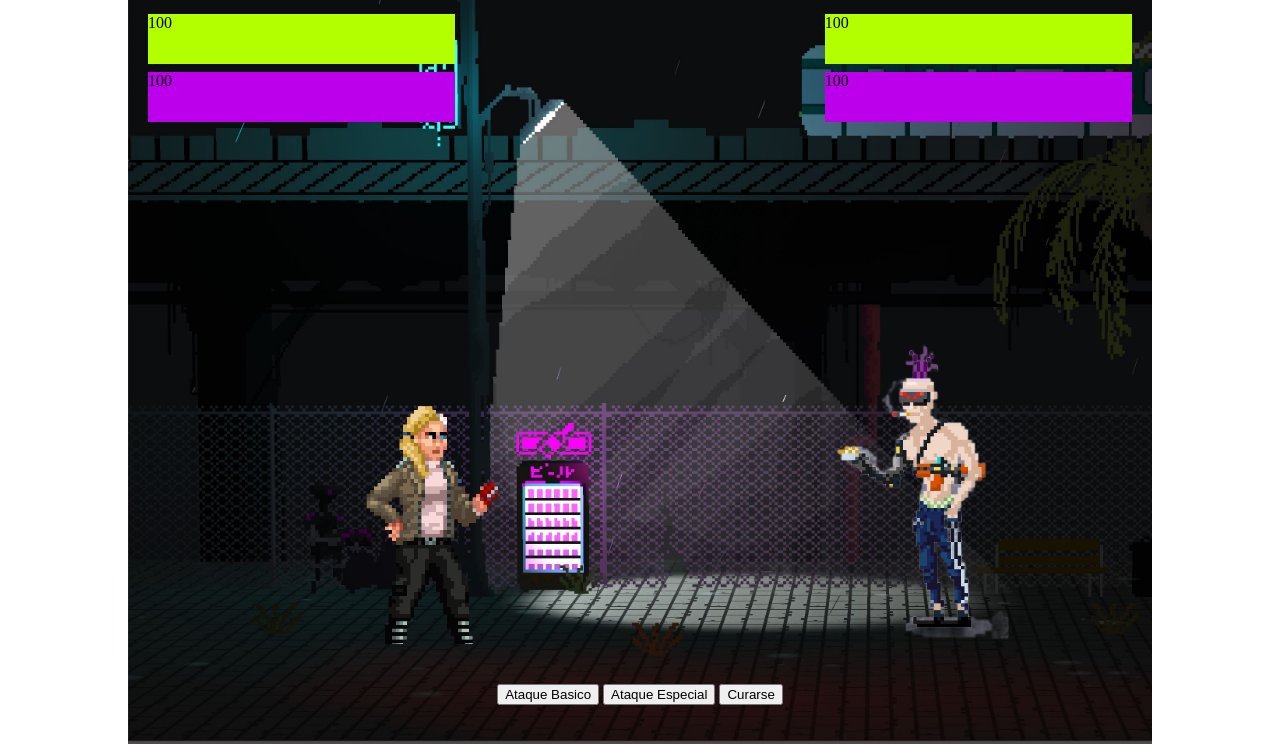
Repository: NovaDuel/novaduel-game
Page: index.html
These files come from the project's save history. The page is drawn as it stood at one moment and after a run of saves; the edit follows.
The browser window is 1280 px wide. The pictures show the whole page.

Above is the page before, as saved 2024-03-25 16:16:45.

### index.html
<!DOCTYPE html>
<html lang="en">
<head>
    <meta charset="UTF-8">
    <meta name="viewport" content="width=device-width, initial-scale=1.0">
    <link rel="stylesheet" href="style.css">
    <script src="main.js" defer></script>
    <title>NovaDuel</title>
</head>
<body>
    <div id="main-container">
        <div id="status">
            <div class="bars-wrapper">
                <div id="health-player" class="health"></div>
                <div id="stamina-player" class="stamina"></div>
            </div>
            <div class="bars-wrapper">
                <div id="health-enemy" class="health"></div>
                <div id="stamina-enemy" class="stamina"></div>
            </div>
        </div>
        <div id="characters">
            <div id="player" class="pj"></div>
            <div id="enemy" class="pj"></div>
        </div>
        <div id="actions">
            <div id="buttons">
                <button id="basic-attack" class="btn">Ataque Basico</button>
                <button id="special-attack" class="btn">Ataque Especial</button>
                <button id="heal-action" class="btn">Curarse</button>
            </div>
        </div>
    </div>
</body>
</html>

### style.css
body {
    margin: 0;
    padding: 0;
    height: 100vh;
    display: flex;
    align-items: center;
    justify-content: center;
}

#main-container {
    width: 1024px;
    height: 768px;
    background-size: cover;
    background-image: url(./images/scenario.jpg);
}

#status {
    display: flex;
    justify-content: space-between;
    width: 100%;
    height: 27%;
}

.bars-wrapper {
    display: flex;
    flex-direction: column;
    justify-content: space-evenly;
    align-items: left;
    width: 30%;
    height: 60%;
    margin-top: 30px;
    padding: 0 20px;
}

.health {
    width: 100%;
    height: 40%;
    background-color: rgb(179, 255, 0);
}

.stamina {
    width: 100%;
    height: 40%;
    background-color: rgb(189, 0, 236)
}

#characters {
    display: flex;
    align-items: end;
    justify-content: space-around;
    width: 100%;
    height: 60%;
}

.pj {
    height: 70%;
    width: 25%;
}

#player {
    background-position-x: 110px;
    background-position-y: 80px;
    background-size: 250%;
    background-repeat: no-repeat;
    background-image: url(./images/player.png)
}

#enemy {
    background-position-x: -80px;
    background-position-y: -80px;
    background-size: 200%;
    background-repeat: no-repeat;
    background-image: url(./images/enemy.png)
}

#actions {
    height: 13%;
    display: flex;
    align-items: center;
    justify-content: center;
}

### main.js
const selector = selector => document.querySelector(selector);
const selectAll = selector => document.querySelectorAll(selector);

function Player (health, stamina, strength) {
    this.health = health;
    this.stamina = stamina;
    this.strength = strength;
    this.attackPlayer = function() {
        return this.strength;
    },
    this.specialAttackPlayer = function() {
        if (this.stamina >= 10) {
            this.stamina -= 10;
            return this.strength + 10 * Math.round(Math.random() * 3);
        }
    },
    this.receiveDamage = function(damage) {
        this.health -= damage;
    }
    this.healing = function() {
        if (this.stamina >= 20) {
            this.stamina -= 20;
            this.health += 50;
        }
    }
}


function Enemy (health, stamina, strength) {
    this.health = health;
    this.stamina = stamina;
    this.strength = strength;
    this.attackEnemy = function() {
        return this.strength;
    },
    this.specialAttackEnemy = function() {
        if (this.stamina >= 10) {
            this.stamina -= 10;
            return this.strength + 10 * Math.round(Math.random() * 3);
        }
    },
    this.receiveDamage = function (damage) {
        this.health -= damage;
    },
    this.healing = function() {
        if (this.stamina >= 20) {
            this.stamina -= 20;
            this.health += 50;
        }
    }
}

function Game() {

}

let player = new Player(100, 100, 20);
let enemy = new Enemy(100, 100, 18);
selector('#health-player').textContent = player.health;
selector('#stamina-player').textContent = player.stamina;
selector('#health-enemy').textContent = enemy.health;
selector('#stamina-enemy').textContent = enemy.stamina;

function actionsEnemy() {
    if (enemy.stamina >= 10) {
        if (enemy.health === 100) {
            let randomAction = Math.floor(Math.random() * 2);
            switch(randomAction) {
                case 0:
                    let enemyStrength = enemy.attackEnemy();
                    player.receiveDamage(enemyStrength);
                    selector("#health-player").style.width = `${player.health}%`;
                    selector('#health-player').textContent = player.health;
                    break;
                case 1:
                    let specialEnemyStrength = enemy.specialAttackEnemy();
                    player.receiveDamage(specialEnemyStrength);
                    selector("#health-player").style.width = `${player.health}%`;
                    selector("#stamina-enemy").style.width = `${enemy.stamina}%`;
                    selector('#health-player').textContent = player.health;
                    selector('#stamina-enemy').textContent = enemy.stamina;
                    break;
            }
        } else {
            let randomAction = Math.floor(Math.random() * 3);
            switch(randomAction) {
                case 0:
                    let enemyStrength = enemy.attackEnemy();
                    player.receiveDamage(enemyStrength);
                    selector("#health-player").style.width = `${player.health}%`;
                    selector('#health-player').textContent = player.health;
                    break;
                case 1:
                    let specialEnemyStrength = enemy.specialAttackEnemy();
                    player.receiveDamage(specialEnemyStrength);
                    selector("#health-player").style.width = `${player.health}%`;
                    selector("#stamina-enemy").style.width = `${enemy.stamina}%`;
                    selector('#health-player').textContent = player.health;
                    selector('#stamina-enemy').textContent = enemy.stamina;
                    break;
                case 2:
                    enemy.healing();
                    selector("#stamina-enemy").style.width = `${enemy.stamina}%`;
                    selector('#stamina-enemy').textContent = enemy.stamina;
                    selector('#health-enemy').textContent = enemy.health;
                    break;
            }
        }

    } else {
        let enemyStrength = enemy.attackEnemy();
        player.receiveDamage(enemyStrength);
        selector("#health-player").style.width = `${player.health}%`;
        selector('#health-player').textContent = player.health;
    }
}

let buttons = selectAll(".btn");

selector('#basic-attack').addEventListener('click', function() {
    let playerStrength = player.attackPlayer();
    enemy.receiveDamage(playerStrength);
    buttons.forEach(button => {
        button.setAttribute("disabled", "")
    })
    selector("#health-enemy").style.width = `${enemy.health}%`;
    selector('#health-enemy').textContent = enemy.health;
    setTimeout(actionsEnemy, 500);
    setTimeout(function() {
        buttons.forEach(button => {
            button.removeAttribute("disabled", "")
        });
    }, 1000)
    selector('#health-player').textContent = player.health;
    stateHealth();
});
selector('#special-attack').addEventListener('click', function() {
    let playerStrength = player.specialAttackPlayer();
    enemy.receiveDamage(playerStrength);
    buttons.forEach(button => {
        button.setAttribute("disabled", "")
    })
    selector("#health-enemy").style.width = `${enemy.health}%`;
    selector('#health-enemy').textContent = enemy.health;
    selector("#stamina-player").style.width = `${player.stamina}%`;
    selector('#stamina-player').textContent = player.stamina;
    setTimeout(actionsEnemy, 500);
    setTimeout(function() {
        buttons.forEach(button => {
            button.removeAttribute("disabled", "")
        })
    }, 1000)
    stateHealth();
});
selector('#heal-action').addEventListener('click', function() {
    if (player.health >= 100 || player.stamina === 0) {
        alert("No puedes curarte ahora mismo")
    } else {
        player.healing();
        buttons.forEach(button => {
            button.setAttribute("disabled", "")
        })
        selector("#stamina-player").style.width = `${player.stamina}%`;
        selector('#stamina-player').textContent = player.stamina;
        selector('#health-player').textContent = player.health;
        setTimeout(actionsEnemy, 500);
        setTimeout(function() {
            buttons.forEach(button => {
                button.removeAttribute("disabled", "")
            })
        }, 1000)
        stateHealth();
    }
});


function stateHealth() {
    if(enemy.health === 0 || enemy.health < 0) {
        console.log('YOU WIN');
    }
    if (player.health === 0 || player.health < 0) {
        console.log('GAME OVER');
    }
}

After the next 2 saves:
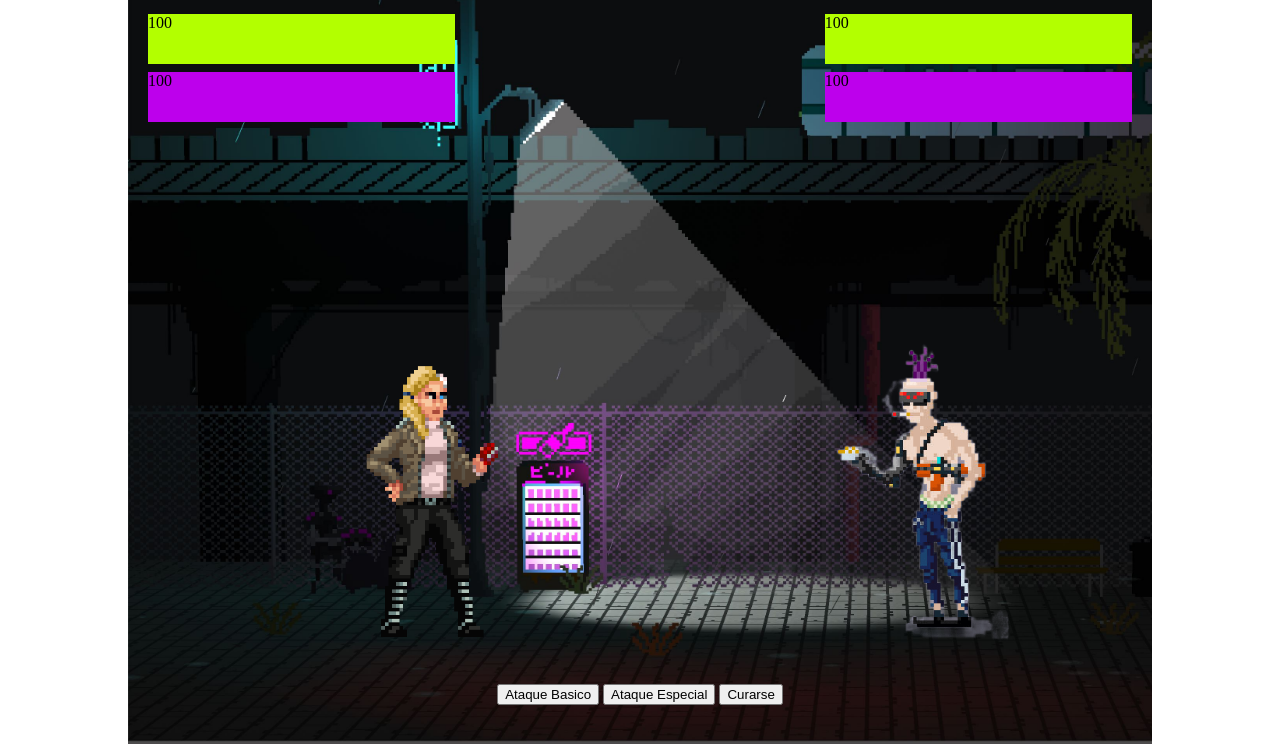
The 2 saves are shown as one change because they came seconds apart.
The last was saved 6 s later.
--- a/style.css
+++ b/style.css
@@ -59,7 +59,7 @@ body {
 
 #player {
     background-position-x: 110px;
-    background-position-y: 80px;
+    background-position-y: 40px;
     background-size: 250%;
     background-repeat: no-repeat;
     background-image: url(./images/player.png)
